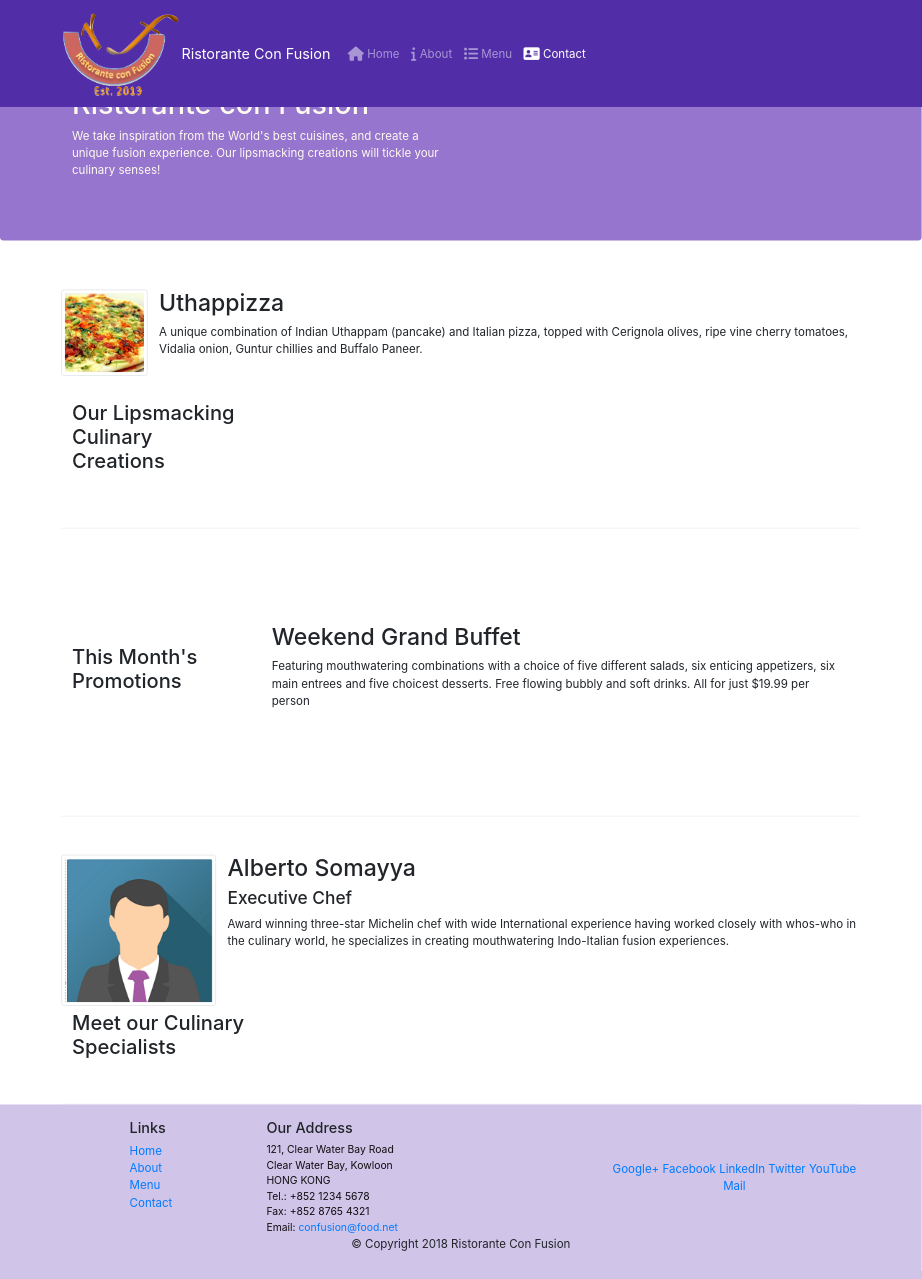
Repository: HwZau/conFusion
Page: index.html
These files come from the project's save history. The page is drawn as it stood at one moment and after a run of saves; the edit follows.
The browser window is 1280 px wide. The pictures show the whole page, at 72% of full size.
Some web libraries are served in a nearby version.

Above is the page before, as saved 2022-05-26 10:43:43.

After the next 3 saves:
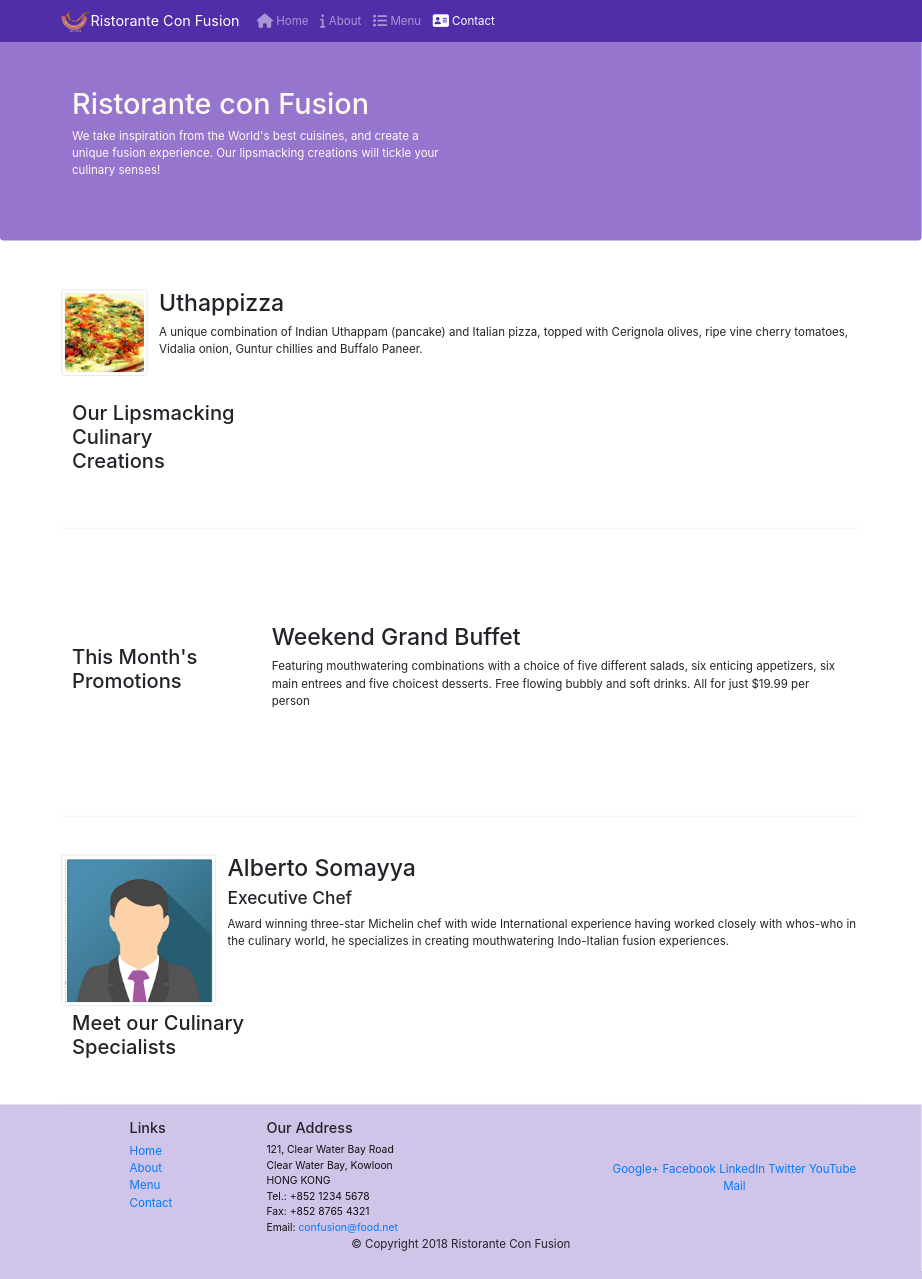
The 3 saves are shown as one change because they came seconds apart.
The last was saved 12 s later.
--- a/index.html
+++ b/index.html
@@ -21,7 +21,7 @@
         <span class="navbar-toggler-icon"></span>
       </button>
 
-      <a class="navbar-brand mr-auto" href="#"><img src="img/logo.png" alt=""></a>
+      <a class="navbar-brand mr-auto" href="#"><img src="img/logo.png" height="30"></a>
       <a class="navbar-brand" href="#">Ristorante Con Fusion</a>
       <div class="collapse navbar-collapse" id="Navbar">
         <ul class="navbar-nav mr-auto">
